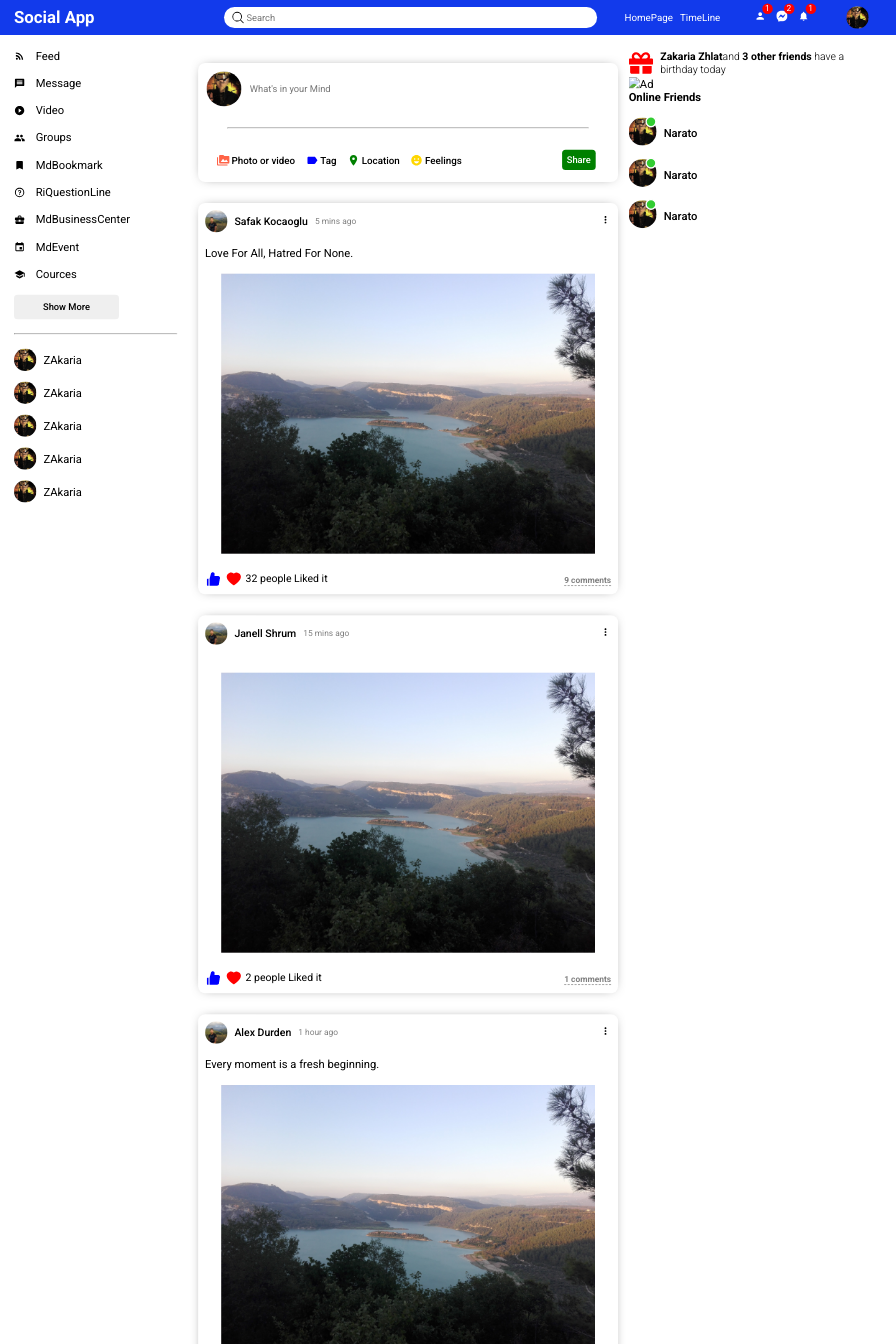
Repository: ZakariaZhlat125/Social-App
Page: /
An editor plug-in stored every save of this project. The page is shown before and after the next save, followed by the edit.
The browser window is 1280 px wide. The pictures show the part of the page from y = 0 to 1920 px (the page is 6066 px tall), at 70% of full size.
The project was rebuilt for these pictures with package versions that can differ from the ones it lists, and the page was loaded fresh each time. Also part of the build but not shown: vite.config.js.

Above is the page before, as saved 2023-01-11 22:59:50.

### index.html
<!DOCTYPE html>
<html lang="en">
  <head>
    <meta charset="UTF-8" />
    <meta name="viewport" content="width=device-width, initial-scale=1.0" />
    <link rel="preconnect" href="https://fonts.googleapis.com" />
    <link rel="preconnect" href="https://fonts.gstatic.com" crossorigin />
    <link
      href="https://fonts.googleapis.com/css2?family=Roboto:ital,wght@0,100;0,300;0,400;0,500;0,700;0,900;1,100;1,300;1,400;1,700;1,900&display=swap"
      rel="stylesheet"
    />
    <link rel="stylesheet" href="./src/style.css" />
    <title>Social App</title>
  </head>
  <body>
    <div id="root"></div>
    <script type="module" src="/src/main.jsx"></script>
  </body>
</html>

### src/style.css
*{
    margin: 0;
    font-family: 'Roboto',sans-serif;
}

### src/App.jsx
import Home from "./pages/home/home"

function App() {


  return (
   <div>
    <Home />
   </div>
  )}

export default App

### src/pages/home/Home.jsx
import Feed from "../../components/feed/Feed";
import Header from "../../components/header/Header";
import Rightbar from "../../components/rightbar/Rightbar";
import Sidebar from "../../components/sidebar/Sidebar";

import './Home.css'

function Home() {
  return (
    <>
      <Header />
      <div className="homeContainer">
        <Sidebar />
        <Feed />
        <Rightbar />
      </div>
    </>
  );
}

export default Home;

### src/components/feed/Feed.jsx
import "./Feed.css";
import Share from "../share/Share";
import Post from "../post/Post";
import { Posts } from "../../dummyData";

function Feed() {
  return (
    <div className="feed">
      <div className="feedWrapper"></div>
      <Share />
      {Posts.map((post) => (
        <Post key={post.id} post={post} />
      ))}
    </div>
  );
}

export default Feed;

### src/components/header/Header.jsx
import "./Header.css";
import { HiMagnifyingGlass } from "react-icons/hi2";
import { MdPerson,MdNotifications } from "react-icons/md";
import { SiMessenger } from "react-icons/si";
import profile from '../../assets/profile.jpg'
function Header() {
  return (
    <div className="HeaderContainer">
      <div className="headerLeft">
        <span className="logo">Social App</span>
      </div>
      <div className="headerCenter">
        <div className="searchBar">
        <HiMagnifyingGlass className="searchIcon" />
        <input placeholder="Search" className="searchInput" />
        </div>
      </div>
      <div className="headerRight">
        <div className="headerLinks">
          <span className="headerLink">HomePage</span>
          <span className="headerLink">TimeLine</span>
        </div>
        <div className="headerIcon">
          <div className="headerIconItem">
            <MdPerson />
            <span className="headerIconBage">1</span>
          </div>
          <div className="headerIconItem">
            <SiMessenger />
            <span className="headerIconBage">2</span>
          </div>
          <div className="headerIconItem">
            <MdNotifications />
            <span className="headerIconBage">1</span>
          </div>
        </div>
        <img src={profile} alt="" className="headerImg" />
      </div>
    </div>
  );
}

export default Header;

### src/components/rightbar/Rightbar.jsx
import "./Rightbar.css";
import {FaGift} from "react-icons/fa";
import profile from "../../assets/profile.jpg";


function Rightbar() {
  return (
    <div className="rightbar">
      <div className="rightbarWarpper">
        <div className="birthdayContainer">
          <FaGift color="red"  className="birthdayIcon"/>
          <span className="birthdayText">
            <b>Zakaria Zhlat</b>and <b>3 other friends</b> have a birthday today
          </span>
        </div>
        <img src="" alt="Ad" />
        <h4 className="rightbarTitle">Online Friends</h4>
        <ul className="rightFriendList">
          <li className="rightBarFriend">
            <div className="rightbarProfileImageContainer">
              <img src={profile} alt="" className="rightbarProfileImg" />
              <span className="rightbarOnline"></span>
            </div>
            <span className="rightUsername">Narato</span>
          </li>
        </ul> <ul className="rightFriendList">
          <li className="rightBarFriend">
            <div className="rightbarProfileImageContainer">
              <img src={profile} alt="" className="rightbarProfileImg" />
              <span className="rightbarOnline"></span>
            </div>
            <span className="rightUsername">Narato</span>
          </li>
        </ul> <ul className="rightFriendList">
          <li className="rightBarFriend">
            <div className="rightbarProfileImageContainer">
              <img src={profile} alt="" className="rightbarProfileImg" />
              <span className="rightbarOnline"></span>
            </div>
            <span className="rightUsername">Narato</span>
          </li>
        </ul>
      </div>
    </div>
  );
}

export default Rightbar;

### src/components/sidebar/Sidebar.jsx
import "./Sidebar.css";
import {
  MdRssFeed,
  MdMessage,
  MdGroup,
  MdBookmark,
  MdBusinessCenter,
  MdEvent,
  MdSchool,
  MdOutlinePlayCircleFilled,
} from "react-icons/md";
import { RiQuestionLine } from "react-icons/ri";
import profile from "../../assets/profile.jpg";

function Sidebar() {
  return (
    <div className="sidebar">
      <div className="sidebarWrapper">
        <ul className="sidebarList">
          <li className="sidebarListItem">
            <MdRssFeed className="sidebarIcon" />
            <span className="sidebarListItemText">Feed</span>
          </li>

          <li className="sidebarListItem">
            <MdMessage className="sidebarIcon" />
            <span className="sidebarListItemText">Message</span>
          </li>

          <li className="sidebarListItem">
            <MdOutlinePlayCircleFilled className="sidebarIcon" />
            <span className="sidebarListItemText">Video</span>
          </li>

          <li className="sidebarListItem">
            <MdGroup className="sidebarIcon" />
            <span className="sidebarListItemText">Groups</span>
          </li>

          <li className="sidebarListItem">
            <MdBookmark className="sidebarIcon" />
            <span className="sidebarListItemText">MdBookmark</span>
          </li>

          <li className="sidebarListItem">
            <RiQuestionLine className="sidebarIcon" />
            <span className="sidebarListItemText">RiQuestionLine</span>
          </li>

          <li className="sidebarListItem">
            <MdBusinessCenter className="sidebarIcon" />
            <span className="sidebarListItemText">MdBusinessCenter</span>
          </li>

          <li className="sidebarListItem">
            <MdEvent className="sidebarIcon" />
            <span className="sidebarListItemText">MdEvent</span>
          </li>

          <li className="sidebarListItem">
            <MdSchool className="sidebarIcon" />
            <span className="sidebarListItemText">Cources</span>
          </li>
        </ul>
        <button className="sidebarButton">Show More</button>
        <hr className="sidebarHr" />
        <ul className="sidebarFirendList">
          <li className="sidebarFriend">
            <img src={profile} alt="" className="sidebarFriendImg" />
            <span className="sidebarFriendName">ZAkaria</span>
          </li>
          <li className="sidebarFriend">
            <img src={profile} alt="" className="sidebarFriendImg" />

            <span className="sidebarFriendName">ZAkaria</span>
          </li>

          <li className="sidebarFriend">
            <img src={profile} alt="" className="sidebarFriendImg" />

            <span className="sidebarFriendName">ZAkaria</span>
          </li>

          <li className="sidebarFriend">
            <img src={profile} alt="" className="sidebarFriendImg" />

            <span className="sidebarFriendName">ZAkaria</span>
          </li>

          <li className="sidebarFriend">
            <img src={profile} alt="" className="sidebarFriendImg" />

            <span className="sidebarFriendName">ZAkaria</span>
          </li>

          <li className="sidebarFriend">
            <img src={profile} alt="" className="sidebarFriendImg" />

            <span className="sidebarFriendName">ZAkaria</span>
          </li>

          <li className="sidebarFriend">
            <img src={profile} alt="" className="sidebarFriendImg" />

            <span className="sidebarFriendName">ZAkaria</span>
          </li>

          <li className="sidebarFriend">
            <img src={profile} alt="" className="sidebarFriendImg" />

            <span className="sidebarFriendName">ZAkaria</span>
          </li>

          <li className="sidebarFriend">
            <img src={profile} alt="" className="sidebarFriendImg" />

            <span className="sidebarFriendName">ZAkaria</span>
          </li>

          <li className="sidebarFriend">
            <img src={profile} alt="" className="sidebarFriendImg" />

            <span className="sidebarFriendName">ZAkaria</span>
          </li>

          <li className="sidebarFriend">
            <img src={profile} alt="" className="sidebarFriendImg" />

            <span className="sidebarFriendName">ZAkaria</span>
          </li>

          <li className="sidebarFriend">
            <img src={profile} alt="" className="sidebarFriendImg" />

            <span className="sidebarFriendName">ZAkaria</span>
          </li>

          <li className="sidebarFriend">
            <img src={profile} alt="" className="sidebarFriendImg" />

            <span className="sidebarFriendName">ZAkaria</span>
          </li>

          <li className="sidebarFriend">
            <img src={profile} alt="" className="sidebarFriendImg" />

            <span className="sidebarFriendName">ZAkaria</span>
          </li>
        </ul>
      </div>
    </div>
  );
}

export default Sidebar;

### src/components/feed/Feed.css
.feed {
  flex: 5.5;
  margin-left: 10px;
}

.feedWrapper {

  padding: 20px;

}

### src/components/share/Share.jsx
import "./Share.css";
import profile from "../../assets/profile.jpg";
import { MdPermMedia,MdLabel,MdRoom,MdEmojiEmotions } from "react-icons/md";

export default function Share() {
  return (
    <div className="share">
      <div className="shareWarpper">
        <div className="shareTop">
          <img src={profile} alt="" className="shareProfileImg" />
          <input placeholder="What's in your Mind" className="shareInput" />
        </div>
        <hr className="sharehr" />
        <div className="sharebottom">
          <div className="shareOptions">
            <div className="shareOption">
              <MdPermMedia  className="shareIcon tomato" />
              <span className="shareOptionText">Photo or video </span>
            </div>
            <div className="shareOption">
              <MdLabel className="shareIcon blue" />
              <span className="shareOptionText">Tag</span>
            </div>
            <div className="shareOption">
              <MdRoom className="shareIcon green" />
              <span className="shareOptionText">Location</span>
            </div>
            <div className="shareOption">
              <MdEmojiEmotions className="shareIcon golde" />
              <span className="shareOptionText">Feelings </span>
            </div>
          </div>
          <button className="sharebutton">Share</button>
        </div>
      </div>
    </div>
  );
}

### src/components/post/Post.jsx
import React from "react";
import "./Post.css";
import profile from "../../assets/profile.jpg";
import { Users } from "../../dummyData";

import { MdMoreVert } from "react-icons/md";
import { AiFillLike, AiFillHeart } from "react-icons/ai";

export default function Post({post}) {

  return (
    <div className="post">
      <div className="postWarpper">
        <div className="postTop">
          <div className="postTopLeft">
            <img src={Users.filter((user) => user.id === post?.userId)[0].profilePicture} alt="profile Image" className="postProfileImg" />
            <span className="postUserName">{Users.filter((user) => user.id === post?.userId)[0].username}</span>
            <span className="postDate">{post.date}</span>
          </div>
          <div className="postTopRight">
            <MdMoreVert />
          </div>
        </div>
        <div className="postCenter">
          <div className="postText">{post?.desc}</div>
          <img src={post.photo} alt="" className="postImg" />
        </div>
        <div className="postBottom">
          <div className="postBottomLeft">
            <AiFillLike className="likeIcon" color=" blue" />
            <AiFillHeart className="likeIcon" color="red" />
            <span className="postLikeCounter">{post.like} people Liked it</span>
          </div>
          <div className="postBottomRight">
            <span className="postCommentText">{post.comment} comments</span>
          </div>
        </div>
      </div>
    </div>
  );
}

### src/dummyData.jsx
import  userphoto from './assets/person/1.jpeg'
import  postphoto from './assets/post/1.jpeg'
export const Users = [
  {
    id: 1,
    profilePicture: userphoto,
    username: "Safak Kocaoglu",
  },
  {
    id: 2,
    profilePicture: userphoto,
    username: "Janell Shrum",
  },
  {
    id: 3,
    profilePicture: userphoto,
    username: "Alex Durden",
  },
  {
    id: 4,
    profilePicture: userphoto,
    username: "Dora Hawks",
  },
  {
    id: 5,
    profilePicture: userphoto,
    username: "Thomas Holden",
  },
  {
    id: 6,
    profilePicture: userphoto,
    username: "Shirley Beauchamp",
  },
  {
    id: 7,
    profilePicture: userphoto,
    username: "Travis Bennett",
  },
  {
    id: 8,
    profilePicture: userphoto,
    username: "Kristen Thomas",
  },
  {
    id: 9,
    profilePicture: userphoto,
    username: "Gary Duty",
  },
  {
    id: 10,
    profilePicture: userphoto,
    username: "Safak Kocaoglu",
  },
];

export const Posts = [
  {
    id: 1,
    desc: "Love For All, Hatred For None.",
    photo: postphoto,
    date: "5 mins ago",
    userId: 1,
    like: 32,
    comment: 9,
  },
  {
    id: 2,
    photo: postphoto,
    date: "15 mins ago",
    userId: 2,
    like: 2,
    comment: 1,
  },
  {
    id: 3,
    desc: "Every moment is a fresh beginning.",
    photo: postphoto,
    date: "1 hour ago",
    userId: 3,
    like: 61,
    comment: 2,
  },
  {
    id: 4,
    photo: postphoto,
    date: "4 hours ago",
    userId: 4,
    like: 7,
    comment: 3,
  },
  {
    id: 5,
    photo: postphoto,
    date: "5 hours ago",
    userId: 5,
    like: 23,
    comment: 5,
  },
  {
    id: 6,
    photo: "assets/post/1.jpeg",
    date: "1 day ago",
    userId: 6,
    like: 44,
    comment: 6,
  },
  {
    id: 7,
    desc: "Never regret anything that made you smile.",
    photo: postphoto,
    date: "2 days ago",
    userId: 7,
    like: 52,
    comment: 3,
  },
  {
    id: 8,
    photo: postphoto,
    date: "3 days ago",
    userId: 8,
    like: 15,
    comment: 1,
  },
  {
    id: 9,
    desc: "Change the world by being yourself.",
    photo: postphoto,
    date: "5 days ago",
    userId: 9,
    like: 11,
    comment: 2,
  },
  {
    id: 10,
    photo: postphoto,
    date: "1 week ago",
    userId: 10,
    like: 104,
    comment: 12,
  },
];

### src/components/header/Header.css
.HeaderContainer {
  height: 50px;
  width: 100%;
  background-color: #123aeb;
  display: flex;
  align-items: center;
  position: sticky;
  top: 0;
  z-index: 999;
}

.headerLeft {
  flex: 3;
}

.logo {
  font-size: 24px;
  margin-left: 20px;
  font-weight: bold;
  color: white;
  cursor: pointer;
}

.headerCenter {
  flex: 5;
}

.searchBar {
  display: flex;
  width: 100%;
  height: 30px;
  background-color: white;
  border-radius: 30px;
  align-items: center;
}

.searchIcon {
  font-size: 20px !important;
  margin-left: 10px;
}

.searchInput {
  width: 80%;
  border: none;
}

.searchInput:focus {
  outline: none;
}

.headerRight {
  display: flex;
  flex: 4;
  align-items: center;
  justify-content: space-evenly;
  color: white;
}

.headerLinks {
  display: flex;
}

.headerLink {
  margin-right: 10px;
  font-size: 14px;
  cursor: pointer;
}

.headerIcon {
  display: flex;
}

.headerIconItem {
  margin-right: 15px;
  cursor: pointer;
  position: relative;
}

.headerIconBage {
  width: 15px;
  height: 15px;
  background-color: red;
  border-radius: 50px;
  color: white;
  position: absolute;
  top: -10px;
  right: -10px;
  display: flex;
  justify-content: center;
  font-size: 12px;
}

.headerImg {
  width: 32px;
  height: 32px;
  border-radius: 50%;
  object-fit: cover;
  cursor: pointer;
}

### src/components/rightbar/Rightbar.css
.rightbar {
  flex: 3.5;
  margin-left: 15px;
  position: sticky;
}
.rightbarWarpper {
  padding: 20px 20px 0 0;
}

.birthdayContainer {
  display: flex;
  align-items: center;
}

.birthdayIcon {
  width: 40px;
  height: 40px;
  margin-right: 10px;
}

.birthdayText {
  font-weight: 300;
  font-size: 15px;
}

.rightbarTitle {
    margin-bottom: 20px;
}

.rightFriendList {
    padding: 0;
    margin: 0;
    list-style: none;
}

.rightBarFriend {
    display: flex;
    align-items: center;
    margin-bottom: 15px;
}

.rightbarProfileImageContainer {
    margin-right: 10px;
    position: relative;
}

.rightbarProfileImg {
    width: 40px;
    height: 40px;
    border-radius: 50%;
    object-fit: cover;
}

.rightbarOnline {
    width: 12px;
    height: 12px;
    border-radius: 50%;
    background-color:limegreen;
    position: absolute;
    top: -2px;
    right: 0;
    border: 2px solid white;

}

.rightUsername{
font-weight: 500;
}

### src/components/sidebar/Sidebar.css
.sidebar {
  flex: 2.5;
  height: calc(100vh - 50px);
  overflow: scroll;
  position: sticky;
  top: 50px;
}

::-webkit-scrollbar{
    width: 5px;
}
::-webkit-scrollbar-track{
    background-color: #f1f1f1;
}
::-webkit-scrollbar-thumb{
   background-color: rgb(179, 179, 179);
}
.sidebarWrapper {
  padding: 20px;
}
.sidebarList {
  padding: 0;
  margin: 0;
  list-style: none;
}

.sidebarListItem {
  display: flex;
  align-items: center;
  margin-bottom: 20px;
  cursor: pointer;
}

.sidebarIcon {
  margin-right: 15px;
}
.sidebarListItemText {
}

.sidebarButton {
    width: 150px;
    border: none;
    padding: 10px;
    border-radius: 5px;
    font-weight: 500;
}
.sidebarHr {
    margin: 20px 0;
}
.sidebarFirendList {
    padding: 0;
    margin: 0;
    list-style: none;
}
.sidebarFriend {
    display: flex;
    align-items: center;
    margin-bottom: 15px;
}
.sidebarFriendImg {
width: 32px;
height: 32px;
border-radius: 50%;
object-fit: cover;
margin-right: 10px;
}

.sidebarFriendName {

}

### src/components/share/Share.css
.share {
  width: 100%;
  height: 170px;
  border-radius: 10px;
  -webkit-box-shadow: 0px 0px 16px -8px rgba(0, 0, 0, 0.68);
  box-shadow: 0px 0px 16px -8px rgba(0, 0, 0, 0.68);
}

.shareWarpper {
  padding: 12px;
}

/*Top section */
.shareTop {
  display: flex;
  align-items: center;
}

.shareProfileImg {
  width: 50px;
  height: 50px;
  border-radius: 50%;
  object-fit: cover;
  margin-right: 10px;
}

.shareInput {
  border: none;
  width: 80%;
}

.shareInput:focus {
  outline: none;
}

.sharehr {
  margin: 30px;
}
/*end top section*/

/*bottom Section*/
.sharebottom {
  display: flex;
  align-items: center;
  justify-content: space-between;
}

.shareOptions {
  display: flex;
  margin-left: 15px;
}

.shareOption {
  display: flex;
  align-items: center;
  margin-right: 15px;
  cursor: pointer;
}

.shareIcon {
  font-size: 18px;
  margin-right: 3px;
}

.shareOptionText {
  font-size: 14px;
  font-weight: 500;
}

.sharebutton {
  border: none;
  padding: 7px;
  border-radius: 5px;
  background-color: green;
  font-weight: 500;
  margin-right: 20px;
  cursor: pointer;
  color: white;
}
/*end bottom section */

/*color class for Icons*/
.tomato {
  color: tomato;
}

.blue {
  color: blue;
}

.green {
  color: green;
}

.golde {
  color: gold;
}
/*enc color section */

### src/components/post/Post.css
.post {
  width: 100%;
  border-radius: 10px;
  -webkit-box-shadow: 0px 0px 16px -8px rgba(0, 0, 0, 0.68);
  box-shadow: 0px 0px 16px -8px rgba(0, 0, 0, 0.68);
  margin: 30px 0;
}

.postWarpper {
  padding: 10px;
}

/*start top section*/
.postTop {
  display: flex;
  align-items: center;
  justify-content: space-between;
}

.postTopLeft {
  display: flex;
  align-items: center;
}

.postProfileImg {
  width: 32px;
  height: 32px;
  border-radius: 50%;
  object-fit: cover;
}

.postUserName {
  font-size: 15px;
  font-weight: 500;
  margin: 0 10px;
}
.postDate {
  font-size: 12px;
  color: gray;
}
.postTopRight {
}



/*end top section*/

/*start center section*/
.postCenter {
    margin: 20px 0;
}

.postText {
}

.postImg {
    margin-top: 20px;
    width: 100%;
    max-height: 400px;
    object-fit:contain;
}

/*end center section*/

/*start bottom section*/
.postBottom {
    display: flex;
    align-items: center;
    justify-content: space-between;
}

.postBottomLeft {
    display: flex;
    align-items: center;

}

.likeIcon {
    width: 24px;
    height: 24px;
    margin-right: 5px;
    cursor: pointer;
}

.postLikeCounter {
    font-size: 15px;
}

.postBottomRight {
}

.postCommentText {
    cursor: pointer;
    border-bottom: 1px dashed gray;
    font-size: 12px;
    color:gray;
    font-weight: bold;

. {
}

. {
}

. {
}

/*end bottom section*/
. {
}

. {
}

. {
}

Loaded but not shown: src/main.jsx (common file); src/pages/home/Home.css (common file)

After the next save:
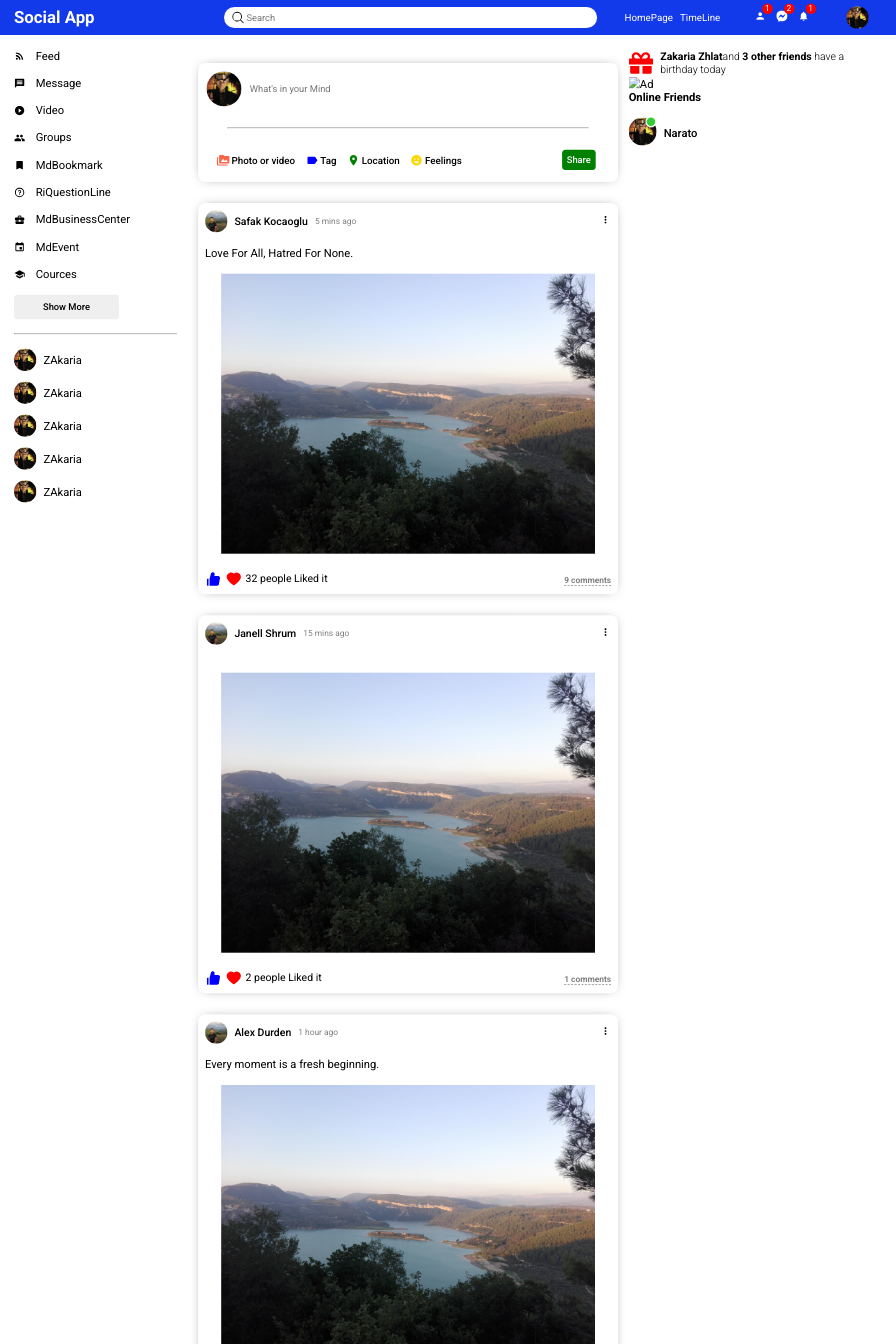
Saved 5 min 52 s later.
--- a/src/components/rightbar/Rightbar.jsx
+++ b/src/components/rightbar/Rightbar.jsx
@@ -23,22 +23,6 @@ function Rightbar() {
             </div>
             <span className="rightUsername">Narato</span>
           </li>
-        </ul> <ul className="rightFriendList">
-          <li className="rightBarFriend">
-            <div className="rightbarProfileImageContainer">
-              <img src={profile} alt="" className="rightbarProfileImg" />
-              <span className="rightbarOnline"></span>
-            </div>
-            <span className="rightUsername">Narato</span>
-          </li>
-        </ul> <ul className="rightFriendList">
-          <li className="rightBarFriend">
-            <div className="rightbarProfileImageContainer">
-              <img src={profile} alt="" className="rightbarProfileImg" />
-              <span className="rightbarOnline"></span>
-            </div>
-            <span className="rightUsername">Narato</span>
-          </li>
         </ul>
       </div>
     </div>
